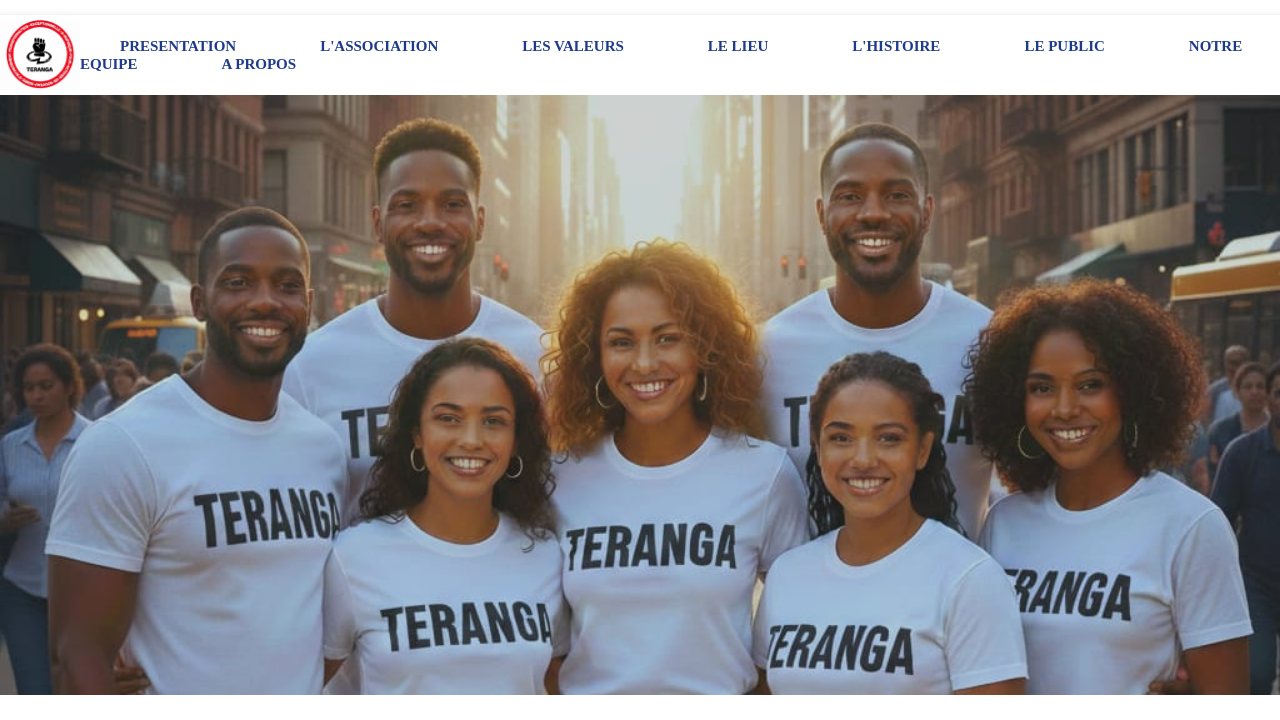
Repository: assanendao171/projet-teranga
Page: presentation.html
An editor plug-in stored every save of this project. The page is shown before and after the next save, followed by the edit.
The browser window is 1280 px wide. The pictures show the whole page.

Above is the page before, as saved 2026-02-11 12:01:02.

After the next save:
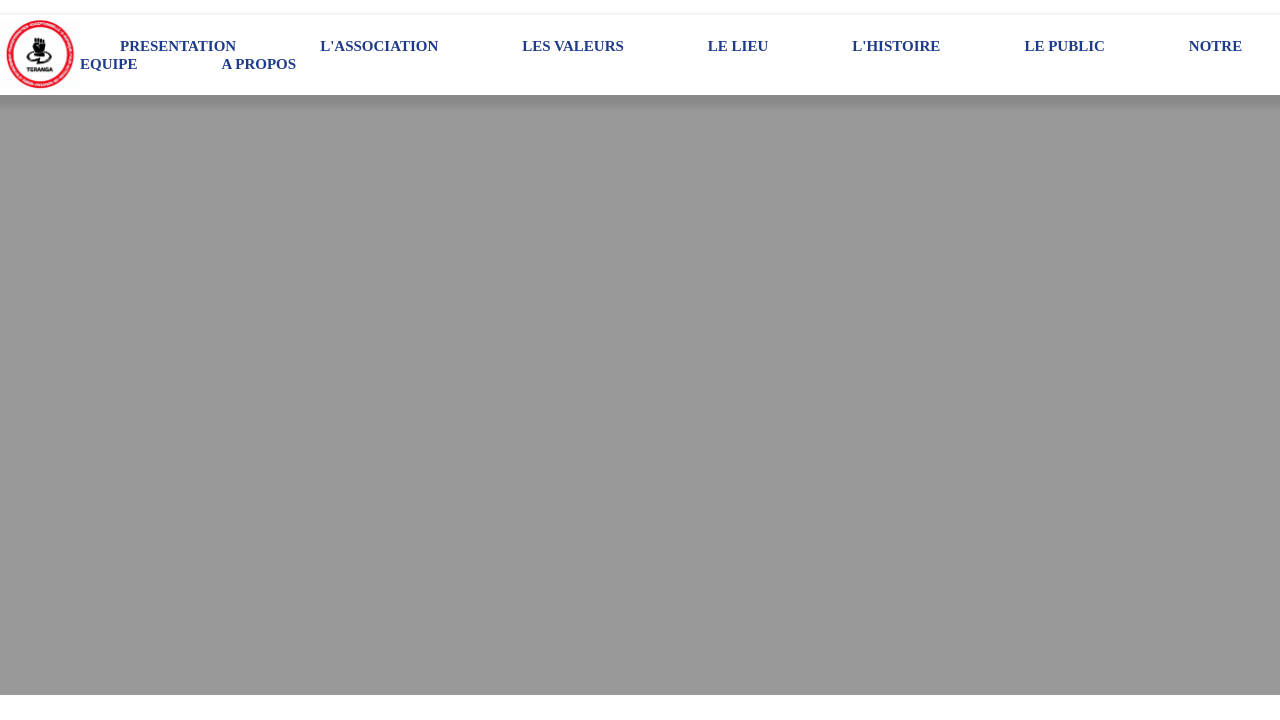
Not found: image.jpg
Saved 15 s later.
--- a/presentation.css
+++ b/presentation.css
@@ -35,8 +35,13 @@ left: 10px;
 .hero{
   width:100%;
   height:600px ;
-  background-image: url("image/background.jpeg");
+  background-image:
+    linear-gradient(rgba(0, 0, 0, 0.4), rgba(0, 0, 0, 0.4)),
+    url("image.jpg");
+
+  background-size: cover;
+  background-position: center;
   background-repeat: no-repeat;
-  background-size: cover;
-  background-position:top;
 }
+
+}

After the 5 saves that followed:
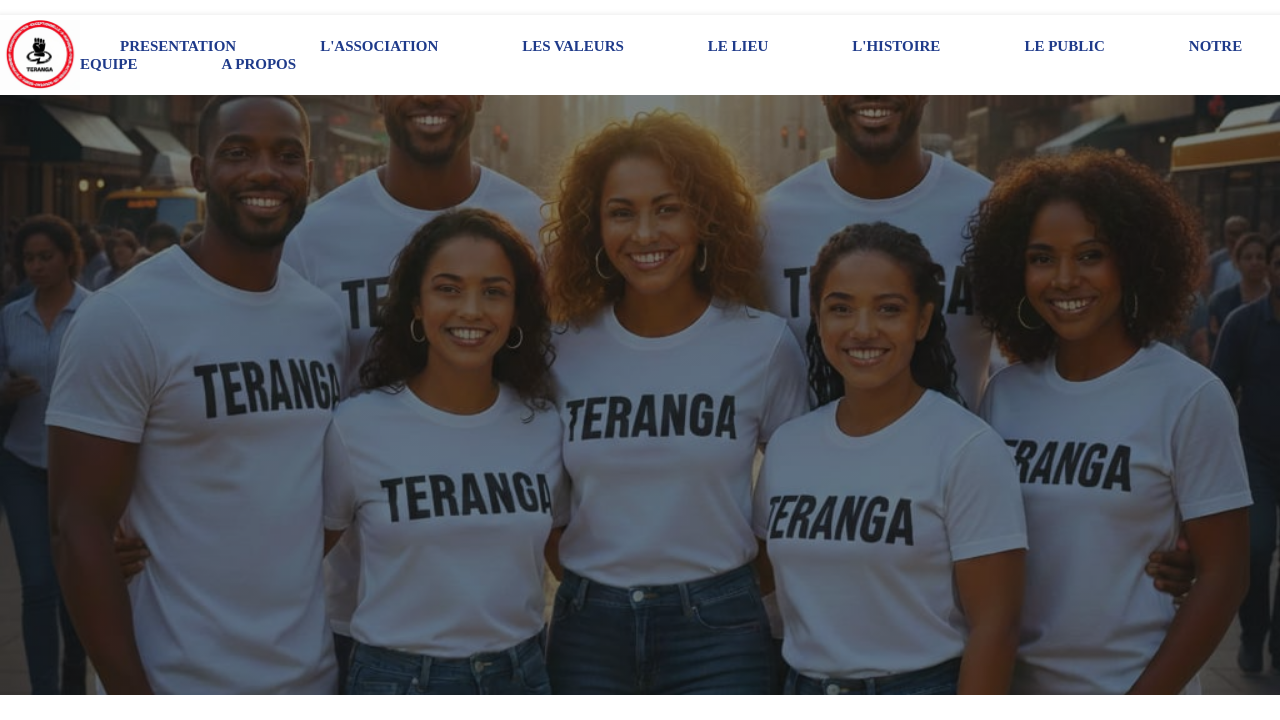
The 5 saves are shown as one change because 1 left the picture as it was and some came seconds apart.
The last was saved 15 s later.
--- a/presentation.css
+++ b/presentation.css
@@ -37,11 +37,9 @@ left: 10px;
   height:600px ;
   background-image:
     linear-gradient(rgba(0, 0, 0, 0.4), rgba(0, 0, 0, 0.4)),
-    url("image.jpg");
+    url("image/background.jpeg");
 
   background-size: cover;
   background-position: center;
   background-repeat: no-repeat;
 }
-
-}
